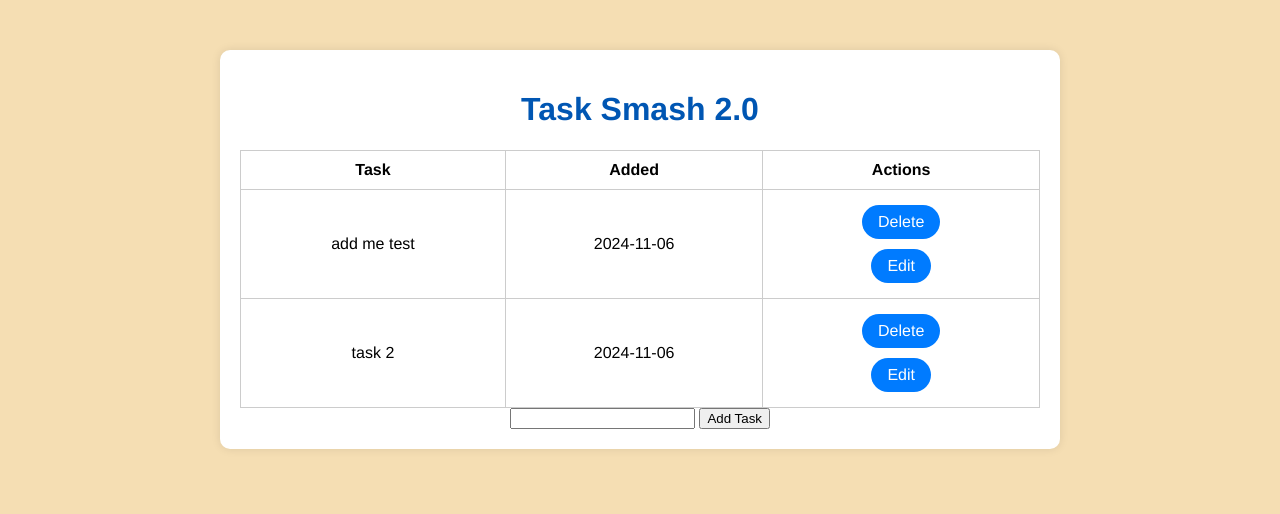
Repository: froztty/Flask-APP-CRUD
Page: http://localhost/
The author's editor kept a copy of each file at every save. The page is drawn from the files as they stood at one save, then again after the next save.
The browser window is 1280 px wide. The pictures show the whole page.
The page is served by the project's application, run on Flask 3 (app.py). The page reads the database file committed with the project.

Above is the page before, as saved 2024-11-05 21:36:41.

### templates/index.html
{% extends 'base.html'%} {% block head %}
<title>Task Smash</title>
{% endblock %} {% block body%}
<div class="content">
  <h1>Task Smash 2.0</h1>
  {% if tasks | length < 1 %}
  <h3>There are no tasks... Create one here!</h3>
  {% else %}
  <table>
    <tr>
      <th>Task</th>
      <th>Added</th>
      <th>Actions</th>
    </tr>
    {% for task in tasks %}
    <tr>
      <td>{{task.content}}</td>
      <td>{{task.created.strftime("%Y-%m-%d")}}</td>
      <td>
        <a href="/delete/{{task.id}}">Delete</a>
        <br />
        <a href="/edit/{{task.id}}">Edit</a>
      </td>
    </tr>
    {% endfor %}
  </table>
  {% endif %}
  <form actions="/" method="POST">
    <input type="text" name="content" id="content" />
    <input type="submit" value="Add Task" id="btn_add" />
  </form>
  {% endblock %}
</div>

### templates/base.html
<!DOCTYPE html>
<html lang="en">
<head>
    <meta charset="UTF-8">
    <meta name="viewport" content="width=device-width, initial-scale=1.0">
    <link rel="stylesheet" href="{{url_for('static', filename="styles.css")}}" />
    {% block head %}{% endblock %}
</head>
<body>
    {% block body%}{% endblock %}
</body>
</html>

### app.py
from flask import Flask, render_template, redirect, request
from flask_scss import Scss
from flask_sqlalchemy import SQLAlchemy
from datetime import datetime

app = Flask(__name__)
Scss(app)

app.config["SQLALCHEMY_DATABASE_URI"] = "sqlite:///database.db"
db = SQLAlchemy(app)

class MyTask(db.Model):
    id = db.Column(db.Integer, primary_key=True)
    content = db.Column(db.String(100), nullable=False)
    complete = db.Column(db.Integer, default=0) # 1 yes or 0 no
    created = db.Column(db.DateTime, default=datetime.utcnow)

    def __repr__(self) -> str:
        return f"Task {self.id}"

@app.route("/", methods=["POST","GET"])
def index():
    #add a task
    if request.method == "POST":
        current_task = request.form['content']
        new_task = MyTask(content=current_task)
        try:
            db.session.add(new_task)
            db.session.commit()
            return redirect("/")
        except Exception as e:
            print(f"ERROR: {e}")
            return (f"ERROR: {e}")
    #see all current tasks
    else:
        tasks = MyTask.query.order_by(MyTask.created).all()
        return render_template('index.html', tasks=tasks)

#delete
@app.route("/delete/<int:id>")
def delete(id:int):
    delete_task = MyTask.query.get_or_404(id)
    try:
        db.session.delete(delete_task)
        db.session.commit()
        return redirect("/")
    except Exception as e:
        return f"ERROR:{e}"

#edit
@app.route("/edit/<int:id>", methods=["GET","POST"])
def edit(id:int):
    task = MyTask.query.get_or_404(id)
    if request.method == "POST":
        task.content = request.form['content']
        try:
            db.session.commit()
            return redirect("/")
        except Exception as e:
            return f"ERROR:{e}"
    else:
        return render_template('edit.html', task=task)

if __name__ in "__main__":
    with app.app_context():
        db.create_all()

    app.run(debug=True)

### static/styles.css
body {
  font-family: "Franklin Gothic Medium", "Arial Narrow", Arial, sans-serif;
  margin: 0;
  padding: 0;
  background-color: wheat;
}

.content {
  max-width: 800px;
  margin: 50px auto;
  padding: 20px;
  background-color: #fff;
  border-radius: 10px;
  box-shadow: 0 0 10px rgba(0, 0, 0, 0.1);
  text-align: center;
}
.content h1 {
  color: #0056b3;
}
.content h4 {
  color: #666;
}
.content table {
  width: 100%;
  margin-top: 20px;
  border-collapse: collapse;
}
.content table th, .content table td {
  padding: 10px;
  border: 1px solid #ccc;
}
.content table th th, .content table td th {
  background-color: #f0f0f0;
  color: #333;
}
.content a {
  display: inline-block;
  padding: 8px 16px;
  margin: 5px;
  border-radius: 20px;
  background-color: #007bff;
  color: #fff;
  text-decoration: none;
  transition: background-color 0.3s ease;
}/*# sourceMappingURL=styles_20241105213641.css.map */

### instance/database.db (the tables this page reads, as SQL)
CREATE TABLE my_task (
	id INTEGER NOT NULL, 
	content VARCHAR(100) NOT NULL, 
	complete INTEGER, 
	created DATETIME, 
	PRIMARY KEY (id)
);
INSERT INTO "my_task" VALUES
(1, 'add me test', 0, '2024-11-06 04:26:21.520820'),
(2, 'task 2', 0, '2024-11-06 05:40:38.699605');

After the next save:
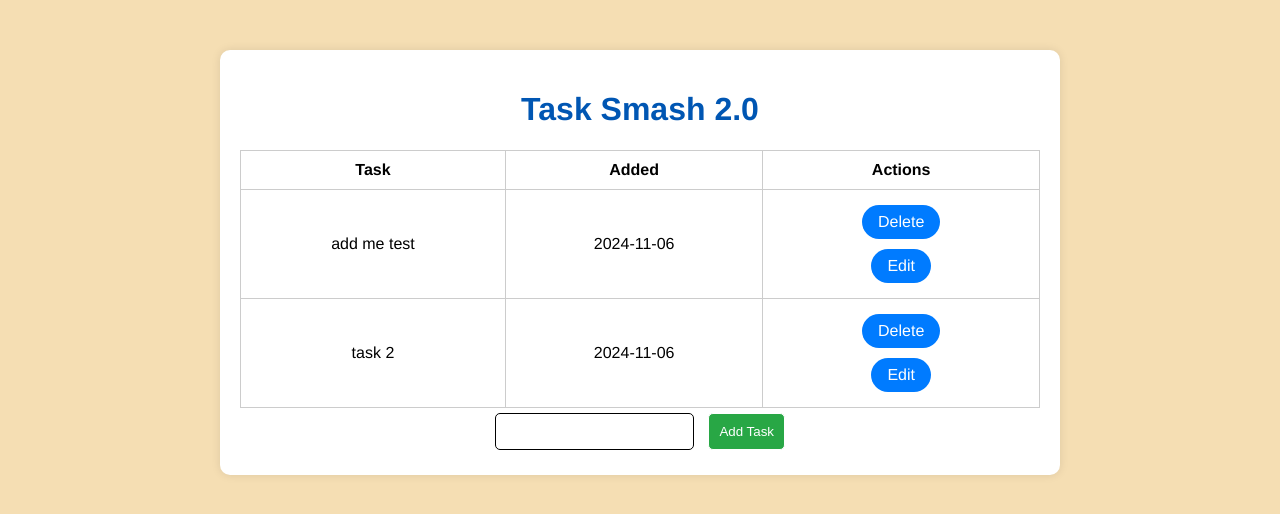
Saved 68 s later.
--- a/static/styles.css
+++ b/static/styles.css
@@ -42,4 +42,18 @@ body {
   color: #fff;
   text-decoration: none;
   transition: background-color 0.3s ease;
-}/*# sourceMappingURL=styles_20241105213641.css.map */
+}
+.content a:hover {
+  background-color: #0056b3;
+}
+.content input {
+  padding: 10px;
+  margin: 5px;
+  border: solid 1px;
+  border-radius: 5px;
+}
+.content #btn_add {
+  background-color: #28a745;
+  color: #fff;
+  cursor: pointer;
+}/*# sourceMappingURL=styles_20241105213749.css.map */
